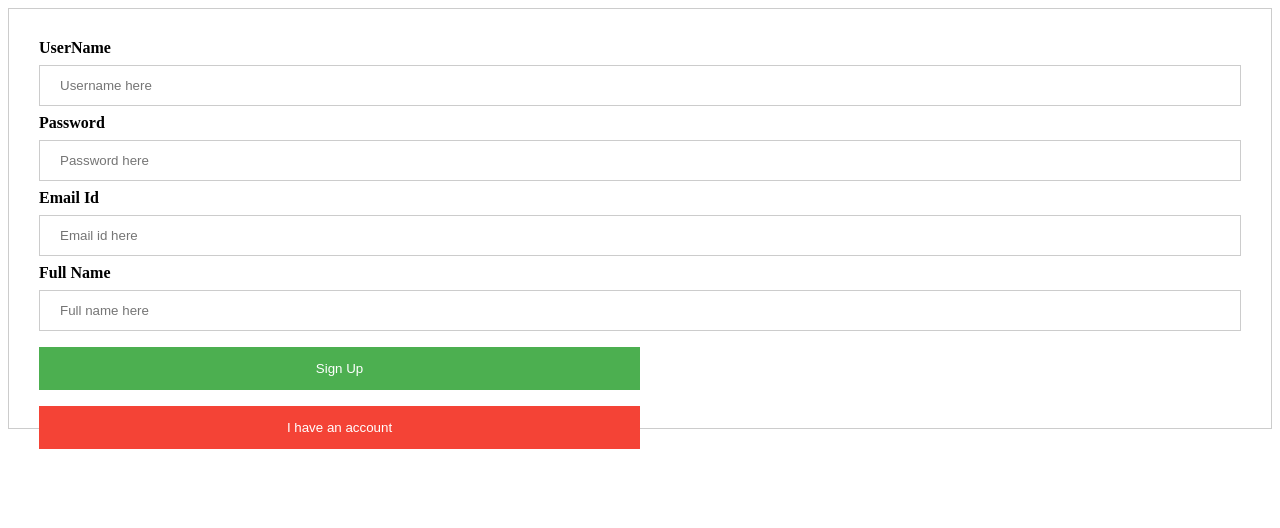
Repository: hamshini/demopro
Page: wippro/Application/WebContent/signup.html
An editor plug-in stored every save of this project. The page is shown before and after the next save, followed by the edit.
The browser window is 1280 px wide. The pictures show the whole page.

Above is the page before, as saved 2018-01-06 05:52:32.

After the next save:
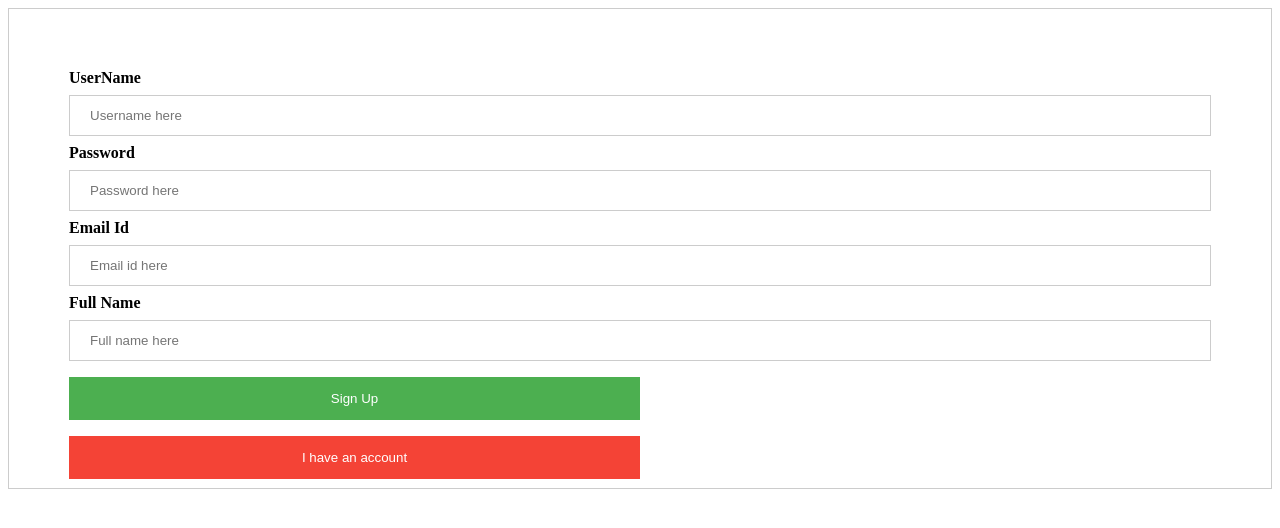
Saved 10 s later.
--- a/wippro/Application/WebContent/signup.html
+++ b/wippro/Application/WebContent/signup.html
@@ -40,7 +40,7 @@ button {
 
 /* Add padding to container elements */
 .container {
-    padding: 30px;
+    padding: 60px;
 }
 
 /* Clear floats */
